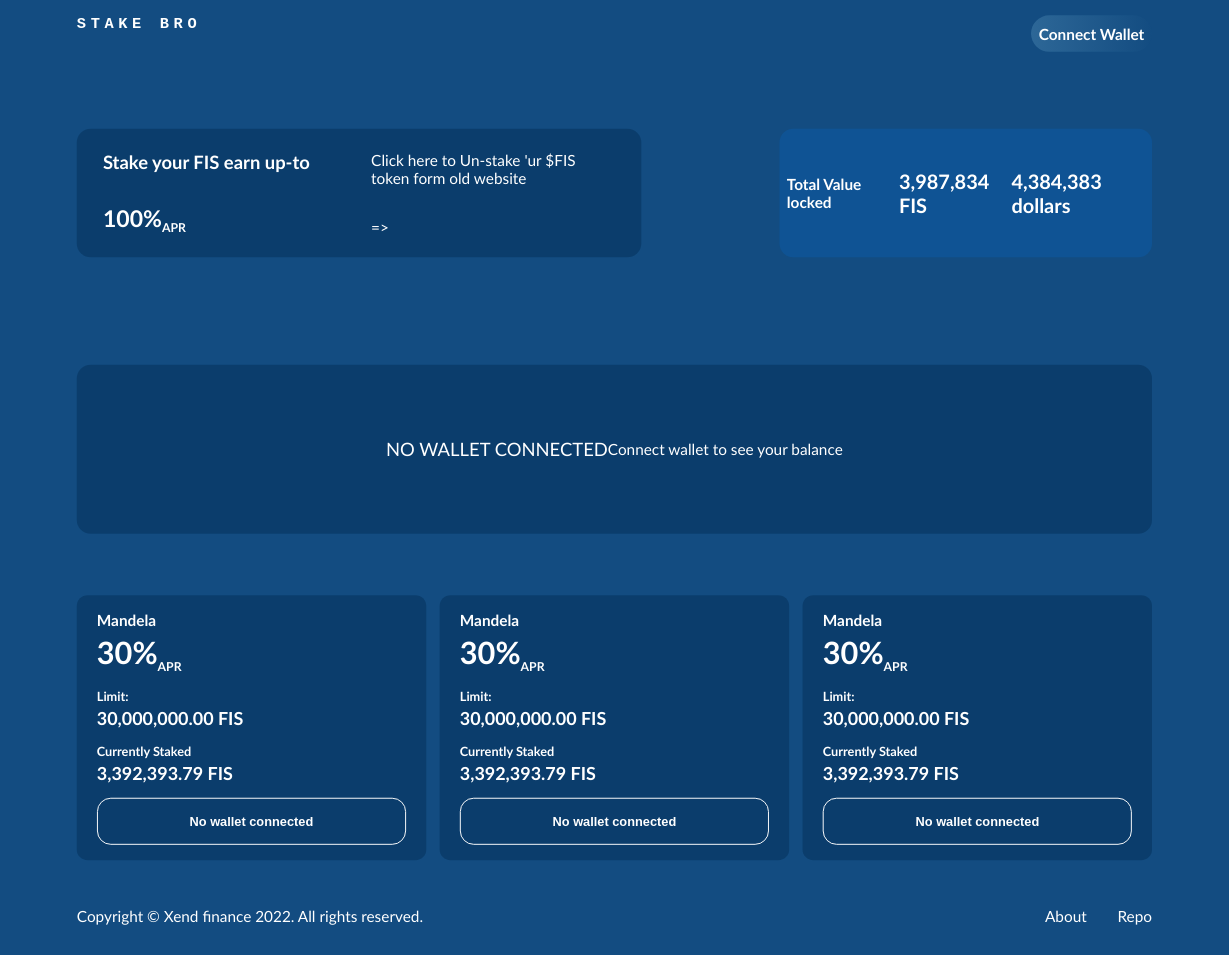
Repository: NorVirae/Stake
Page: /
The author's editor kept a copy of each file at every save. The page is drawn from the files as they stood at one save, then again after a run of saves.
The browser window is 1280 px wide. The pictures show the whole page, at 96% of full size.
The project was rebuilt for these pictures with package versions that can differ from the ones it lists, and the page was loaded fresh each time. Also part of the build but not shown: src/components/cards/account-info-card.tsx.

Above is the page before, as saved 2022-04-18 02:47:32.

### src/App.tsx
import React, { useState } from 'react';
import AccountInfoCard from './components/cards/account-info-card';
import AprCard from './components/cards/apr-card';
import './styles/app.css'

function App() {
  const [isWalletConnected, setIsWalletConnected] = useState(true)

  return (
    <div className="stake-container">
      <header>
        <nav>
            <a href='logo' className='logo'>Stake Bro</a>
            <ul>
              <li className='connect-wallet-btn'>Connect Wallet</li>
            </ul>
        </nav>
      </header>



      <main>
        <section className='info-global'>
          <div className='info-main'>
            <div className='inner-container-left'>
              <h1 className='earn-text'> Stake your FIS earn up-to</h1>
              <h1>100%<sub className='sub'>APR</sub></h1>

            </div>

            <div className='inner-container-right'>
              <p>Click here to Un-stake 'ur $FIS token form old website</p>
              <span>{"=>"}</span>
            </div>
          </div>

          <div className='public-stake-info'>
            <h3 className='total-locked'>Total Value locked</h3>
            <h1 className='total-locked-token'>3,987,834 FIS</h1>
            <h2 className='total-locked-dollars'>4,384,383 dollars</h2>

          </div>

        </section>

        <section className='connection-info'>
          {
          isWalletConnected?
          <>
            <div className='connection-info-text'>No Wallet connected</div>
            <div> Connect wallet to see your balance</div>
          </>
          :
          <>
          <div className='user-stake-info-container'>
            <AccountInfoCard title='Staking Balance' token='0.00' dollarEquiv='0.00'/>

            <AccountInfoCard title='All time Rewards' token='0.00' dollarEquiv='0.00'/>


            <AccountInfoCard title='Current Rewards' token='0.00' dollarEquiv='0.00'/>


          </div>

          <div className='info-redirect'>
            <h1>Actively Staking </h1>
            <h1>history </h1>

          </div>

          </>
          }
        </section>

        <section className='reward'>
          <AprCard/>
          <AprCard/>
          <AprCard/>
        </section>

      </main>

      <footer>
        <div className='copyright-info'>
          Copyright &copy; Xend finance 2022. All rights reserved.
        </div>
        <ul>
          <li>About</li>
          <li>Repo</li>

        </ul>
      </footer>

    </div>
  );
}

export default App;

### src/components/cards/apr-card.tsx
import React from "react";


const AprCard:React.FC = ()=>{
    return <div className='apr-card'>
                <div className='mandela-container'>
                    <h4 className="mandela">Mandela</h4>
                    <h1 className="apr-announce">30%<sub className="sub">APR</sub></h1>
                </div>


                <div className='limit-container'>
                    <h5>Limit:</h5>
                    <h3>30,000,000.00 FIS</h3>
                </div>

                <div className='current-container'>
                    <h5>Currently Staked</h5>
                    <h3>3,392,393.79 FIS</h3>
                </div>

                <button className="stake-button">No wallet connected</button>
        </div>
}

export default AprCard;

### src/styles/app.css
*{
    padding: 0;
    margin: 0;

}

::-webkit-scrollbar{
    background-color: #134C81;
    width: .4rem;
}

::-webkit-scrollbar-thumb{
    background-color: #0c5ba5;
}

img {
    width: 100%;
}

li {
    list-style-type: none;
}

body{
    background-color: #134C81;
    color: #ffff;
    font-family:'Trebuchet MS', 'Lucida Sans Unicode', 'Lucida Grande', 'Lucida Sans', Arial, sans-serif;
}
.stake-container {
    max-width: 70rem;
    margin:auto;
    display: flex;
    flex-direction: column;
    gap: 1rem;
}


nav {
    display:  flex;
    justify-content: space-between;
    padding: 1rem 0;
    position: sticky;
    top:0;
}

main {
    display: flex;
    flex-direction: column;
    gap:4rem;
}
.logo {
    text-decoration: none;
    font-family: 'Courier New', Courier, monospace;
    font-weight: 900;
    color: #ffff;
    letter-spacing: .3rem;
    text-transform: uppercase;
}

.connect-wallet-btn{
    padding: .6rem .5rem;
    background-image: linear-gradient(to right, #2d6797, #134C81  );
    font-weight: bold;
    border-radius: 3rem;
    transition: background-image .5s ease-in-out;
}

.connect-wallet-btn:hover{
    background-image: linear-gradient(to right, #134C81, #2d6797 );
    cursor: pointer;
    color: rgb(225, 225, 235);

}

.info-global{
    display: flex;
    justify-content: space-between;
    padding: 3rem 0;
    gap: 9rem;
}

.info-main{
    display: flex;
    background-color: #05315a88;
    border-radius: .9rem;
    padding: .5rem .9rem;

}

.inner-container-left, .inner-container-right{

    width: 100%;
    padding: .9rem .8rem;
    border-radius: .9rem;
    display: flex;
    flex-direction: column;
    gap:2rem
}



.earn-text {
    font-size: 1.2rem;
}

.sub{
    font-size: .8rem;
}

.public-stake-info {
    display: flex;
    justify-content: center;
    align-items: center;
    border-radius: .9rem;
    padding: .5rem;
    gap: .4rem;

    background-color: #0c5ba588;

}


.total-locked{
    font-size: 1rem;

}

.total-locked-token{
    font-size: 1.3rem;
}

.total-locked-dollars {
    font-size: 1.3rem;
}


.connection-info{
    display: flex;
    background-color: #05315a88;
    border-radius: .9rem;
    justify-content: center;
    align-items: center;
    height: 20vh;
    padding: 1rem 1rem;

}

.connection-info-text {
    font-size: 1.2rem;
    text-transform: uppercase;
}

.user-stake-info-container{
    display: flex;
    justify-content: space-between;
    width: 100%;
}

.staking-balance{
    font-size: 1rem;
    color: rgb(128, 122, 122);
}

.token-balance-fis{
    font-size: 1.2rem;
}

.token-balance-dollars{
    font-size: 1rem;
}

.info-redirect{
    width: 100%;
    height: 100%;
    display: flex;
    justify-content: flex-end;
    align-items: flex-end;
    justify-content: space-around;
}

.info-redirect h1 {
    font-size: 1rem;
}
.reward{
    display: flex;
    justify-content: space-between;
    gap: .9rem;
}

.apr-card{
    background-color: #05315a88;
    padding: 1rem 1.3rem;
    border-radius: .7rem;
    display: flex;
    flex-direction: column;
    justify-content: space-around;
    flex: 1;
    gap: .9rem;
}

.mandela-container{
    display: flex;
    flex-direction: column;
    justify-content: space-between;
    gap:.3rem;
}

.mandela{
    font-size: 1rem;

}

.apr-announce{
    font-size: 2rem;
}

.limit-container{
    display: flex;
    flex-direction: column;
    justify-content: space-between;
    gap:.3rem;
}

.current-container{
    display: flex;
    flex-direction: column;
    justify-content: space-between;
    gap:.3rem;
}

.stake-button{
    border-radius: .9rem;
    border: .1px solid white;
    background-color: transparent;
    padding: 1rem .6rem;
    color: #fff;
    font-weight: bold;
}

.stake-button:hover{
    cursor: pointer;
}

footer{
    display: flex;
    justify-content: space-between;
    padding: 2rem 0;

}
.copyright-info{
    display: flex;
}

footer ul{
    display: flex;
    gap: 2rem;
}

Loaded but not shown: public/index.html (common file); src/index.tsx (common file); src/reportWebVitals.ts (common file)

After the next 2 saves:
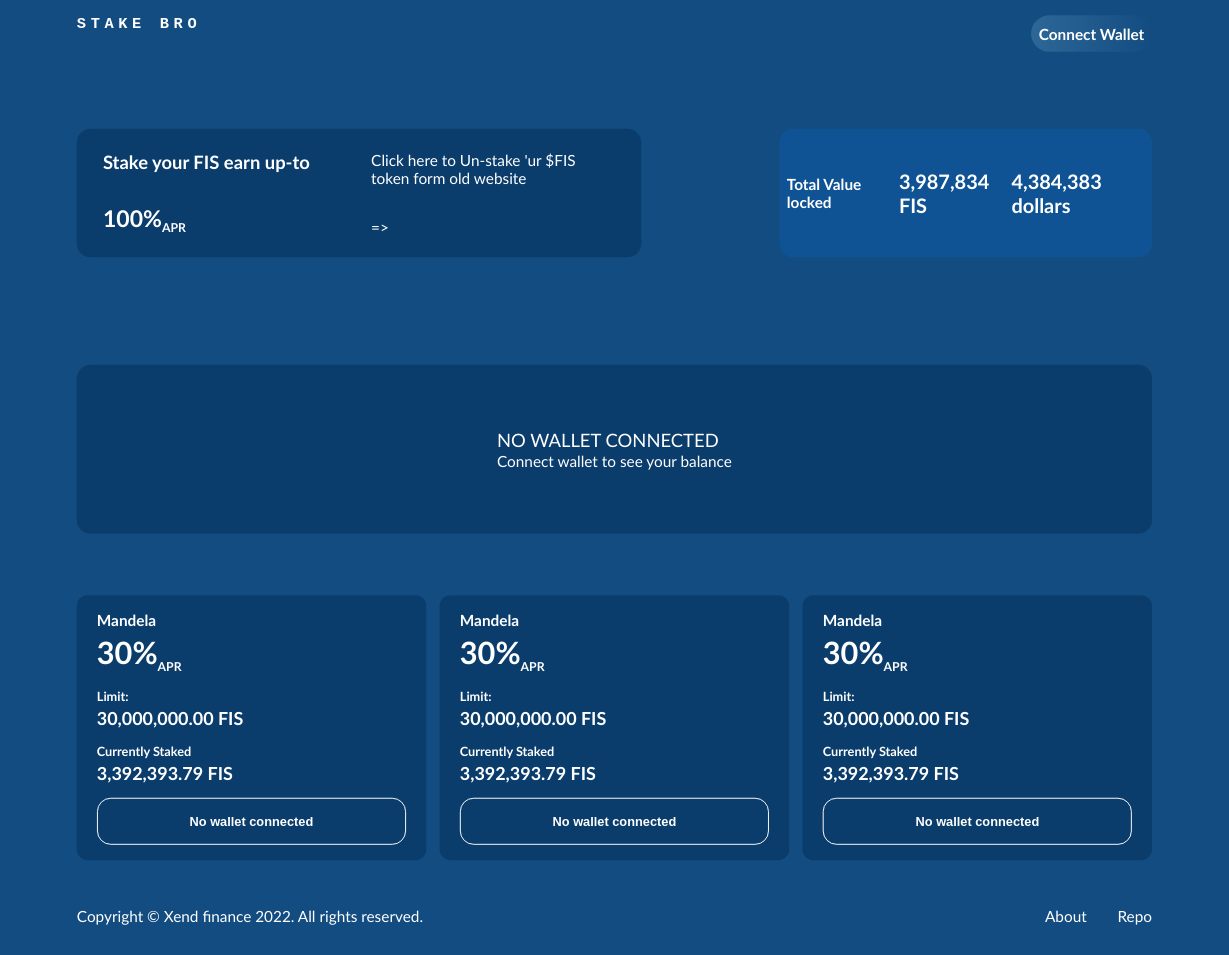
The 2 saves are shown as one change because 1 did not build or start.
The last was saved 14 s later.
--- a/src/App.tsx
+++ b/src/App.tsx
@@ -46,10 +46,10 @@ function App() {
         <section className='connection-info'>
           {
           isWalletConnected?
-          <>
+          <div>
             <div className='connection-info-text'>No Wallet connected</div>
             <div> Connect wallet to see your balance</div>
-          </>
+          </div>
           :
           <>
           <div className='user-stake-info-container'>
